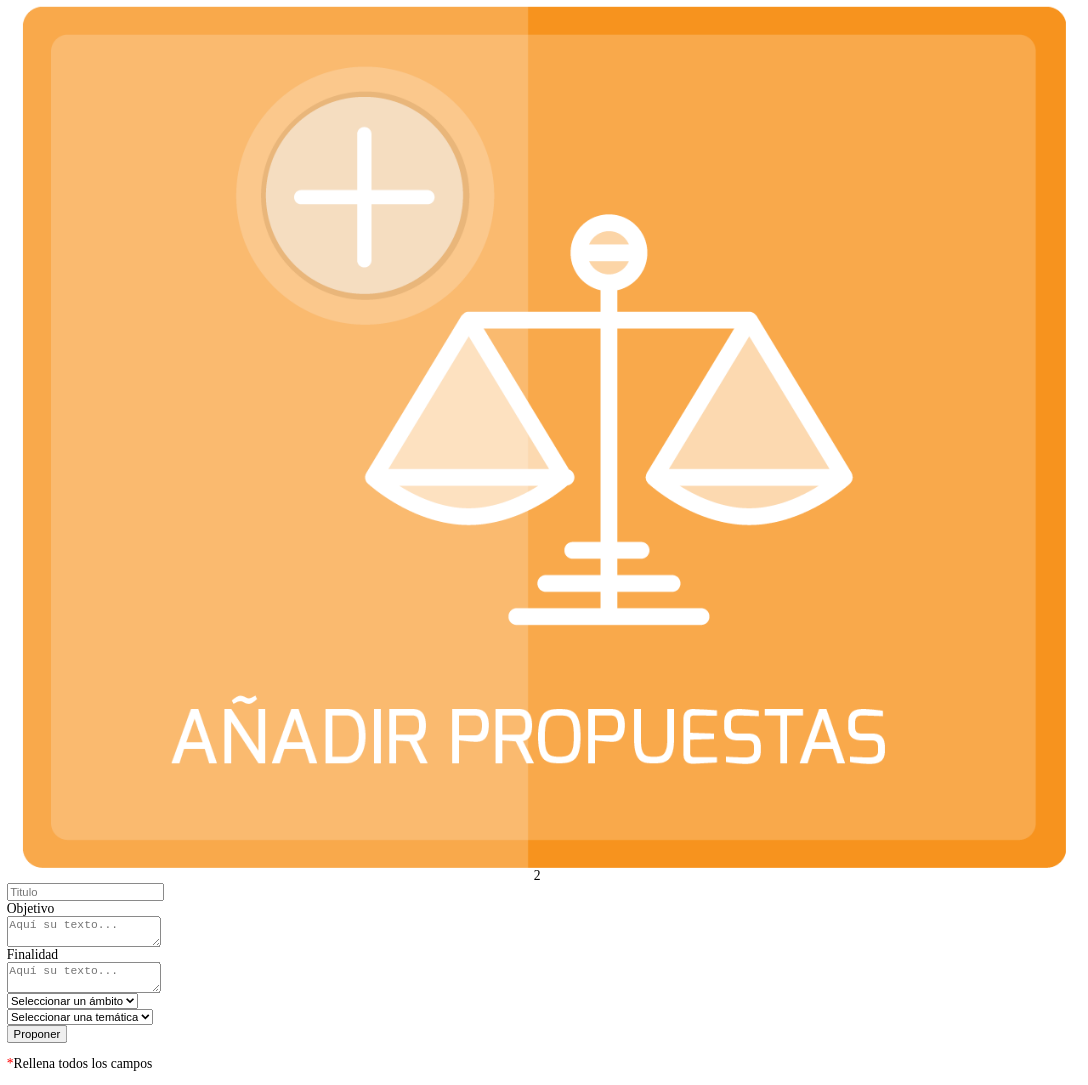
Repository: gamesrol/smartLament
Page: Cliente/partials/addPropuesta.html
The author's editor kept a record of every edit. The page is drawn from the files as they stood at one moment, then again after the next edit.
The browser window is 1280 px wide. The pictures show the whole page, at 85% of full size.

Above is the page before.

After the next edit:
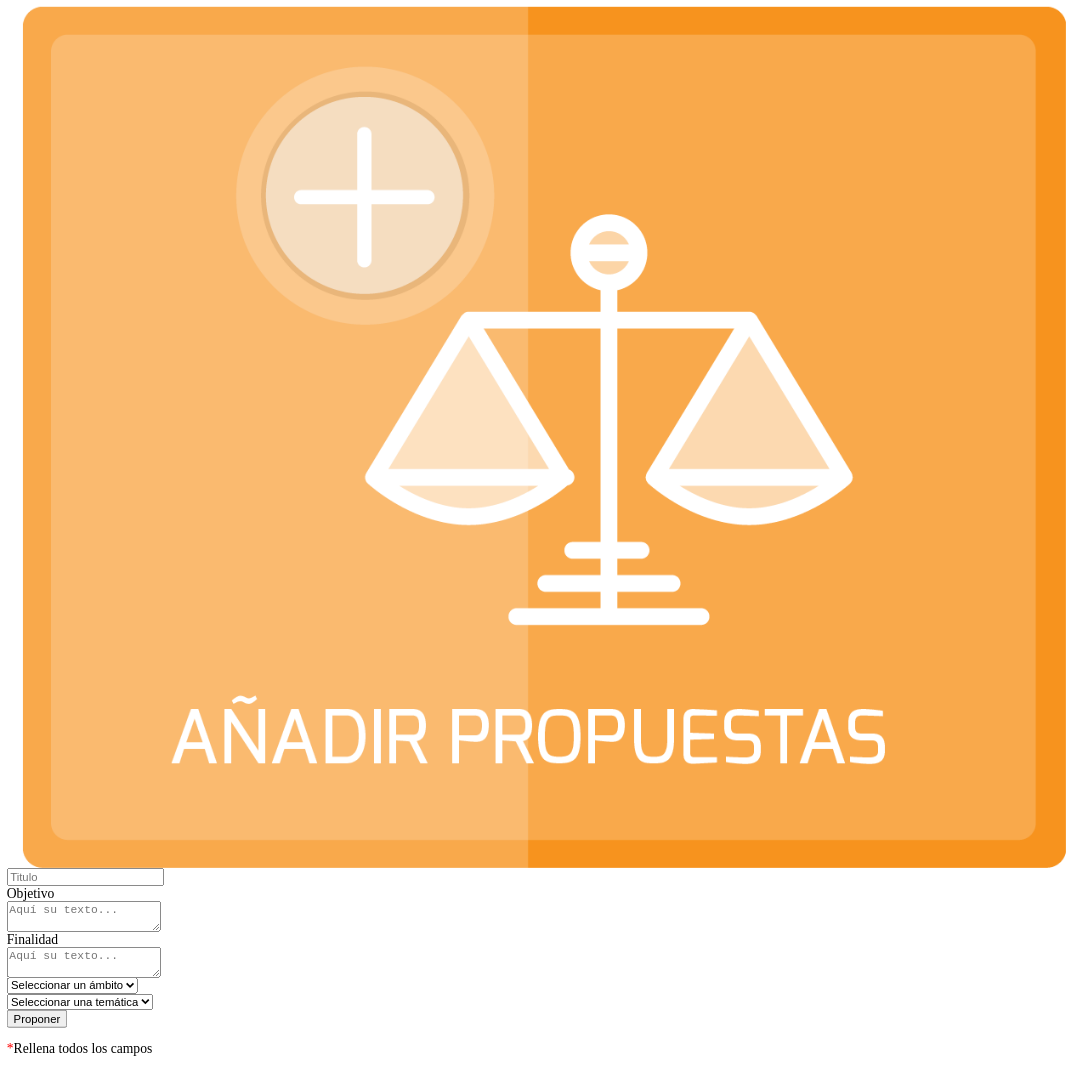
The edit:
--- a/Cliente/partials/addPropuesta.html
+++ b/Cliente/partials/addPropuesta.html
@@ -1,7 +1,6 @@
 <div class="row">
 	<div class="col-lg-12">
 	    <center><a href="#/propuestas"><img class="iconsSocial" src="/img/addpropuesta.png" /></a></center>
-	    <center class="vote">2&nbsp;&nbsp;<span class="glyphicon glyphicon-minus" aria-hidden="true"></span>&nbsp;&nbsp;<span class="glyphicon glyphicon-plus" aria-hidden="true"></span></center>
         <div class="field">
             <input id="proposal_title" name="proposal[title]" type="text" class="nombreAndir" ng-model="proposal.title" placeholder="Titulo"/>
         </div>
